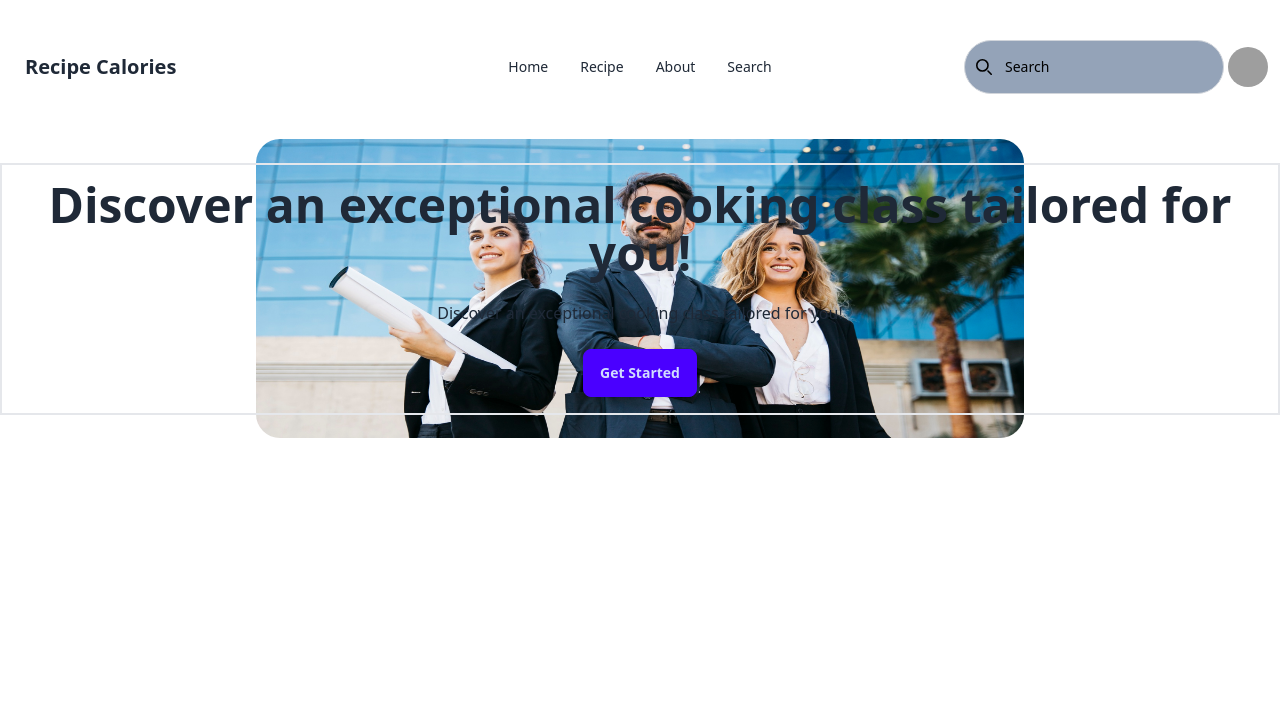
Repository: RudrasahaDibos/Chefs-table
Page: /
These files come from the project's save history. The page is drawn as it stood at one moment and after the next save; the edit follows.
The browser window is 1280 px wide. The pictures show the whole page.
Pictures or frames that could not be fetched are drawn as grey boxes. The project was rebuilt for these pictures with package versions that can differ from the ones it lists, and the page was loaded fresh each time. Also part of the build but not shown: vite.config.js, src/App.css.

Above is the page before, as saved 2024-12-19 09:50:02.

### src/App.jsx

import './App.css'
import Banner from './Component/Banner/Banner'
import Header from './Component/Header/Header'
import Recipes from './Component/Recipes/Recipes'

function App() {


  return (
    <div className='container mx-auto'>
        <Header></Header>
        <Banner></Banner>
        <Recipes></Recipes>

    </div>
  )
}

export default App

### src/Component/Banner/Banner.jsx
import img from '../Banner/Image/Rectangle 12.png'

const Banner = () => {
    return (
        <div className='max-w-7xl mx-auto '>
            <div className="hero ">
     <img src={img} alt="" className='h-4/5 w-3/5 rounded-3xl' />
  <div className="hero-content text-center border-2 w-full ">
    <div className="">
      <h1 className="text-5xl font-bold">Discover an exceptional cooking class tailored for you!</h1>
      <p className="py-6">
      Discover an exceptional cooking class tailored for you!
      </p>
      <button className="btn btn-primary">Get Started</button>
    </div>
  </div>
</div>
        </div>
    );
};

export default Banner;

### src/Component/Header/Header.jsx

const Header = () => {
    return (
        <div className="max-w-7xl mx-auto mt-8">
              <div className="navbar bg-base-100">
  <div className="navbar-start">
    <div className="dropdown">
      <div tabIndex="0" role="button" className="btn btn-ghost lg:hidden">
        <svg
          xmlns="http://www.w3.org/2000/svg"
          className="h-5 w-5"
          fill="none"
          viewBox="0 0 24 24"
          stroke="currentColor">
          <path
            strokeLinecap="round"
            strokeLinejoin="round"
            strokeWidth="2"
            d="M4 6h16M4 12h8m-8 6h16" />
        </svg>
      </div>
      <ul
        tabIndex="0"
        className="menu menu-sm dropdown-content bg-base-100 rounded-box z-[1] mt-3 w-52 p-2 shadow">
        <li><a>Home</a></li>
      <li><a>Recipe</a></li>
      <li><a>About</a></li>
      <li><a>Search</a></li>
      </ul>
    </div>
    <a className="btn btn-ghost text-xl font-bold">Recipe Calories</a>
  </div>
  <div className="navbar-center hidden lg:flex">
    <ul className="menu menu-horizontal px-1">
      <li><a>Home</a></li>
      <li><a>Recipe</a></li>
      <li><a>About</a></li>
      <li><a>Search</a></li>
    </ul>
  </div>
  <div className="navbar-end ">
  <div className="form-control ">


<form className="max-w-md mx-auto">
    <div className="relative">
        <div className="absolute inset-y-0 start-0 flex items-center ps-3 pointer-events-none">
            <svg className="w-4 h-4 text-black dark:text-gray-400" aria-hidden="true" xmlns="http://www.w3.org/2000/svg" fill="none" viewBox="0 0 20 20">
                <path stroke="currentColor" strokeLinecap="round" strokeLinejoin="round" strokeWidth="2" d="m19 19-4-4m0-7A7 7 0 1 1 1 8a7 7 0 0 1 14 0Z"/>
            </svg>
        </div>
        <input type="search" id="default-search" className="block w-full p-4 ps-10 text-sm text-black border border-gray-300  bg-slate-400 focus:ring-blue-500 rounded-full focus:border-blue-500 dark:bg-gray-700 dark:border-gray-600 placeholder-black dark:text-white dark:focus:ring-blue-500 dark:focus:border-blue-500" placeholder="Search " required />

    </div>
</form>


    </div>
    <div tabIndex="0" role="button" className="btn btn-ghost btn-circle avatar">
        <div className="w-10 rounded-full">
          <img
            alt="Tailwind CSS Navbar component"
            src="https://img.daisyui.com/images/stock/photo-1534528741775-53994a69daeb.webp" />
        </div>
      </div>
  </div>
</div>
        </div>
    );
};

export default Header;

### src/Component/Recipes/Recipes.jsx
import React from 'react';

const Recipes = () => {
    return (
        <div>

        </div>
    );
};

export default Recipes;

Loaded but not shown: index.html (common file); src/main.jsx (common file); src/index.css (common file); tailwind.config.js (common file)

After the next save:
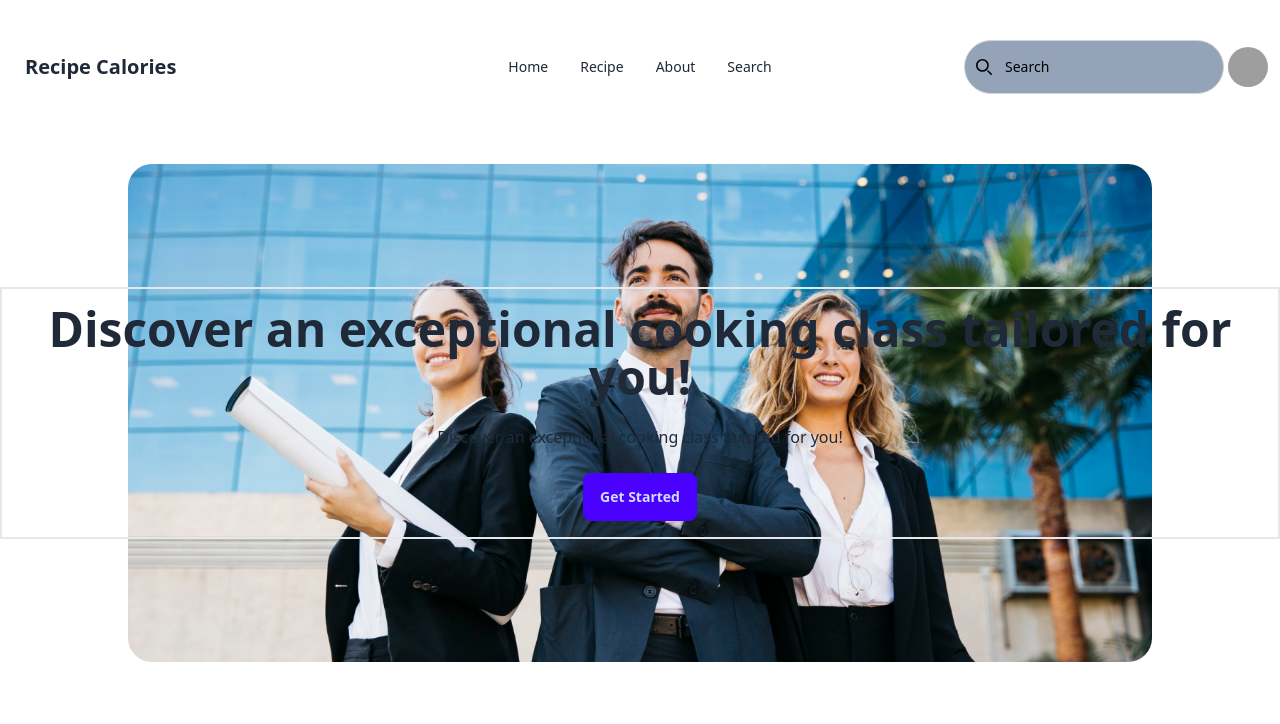
Saved 7 s later.
--- a/src/Component/Banner/Banner.jsx
+++ b/src/Component/Banner/Banner.jsx
@@ -4,7 +4,7 @@ const Banner = () => {
     return (
         <div className='max-w-7xl mx-auto '>
             <div className="hero ">
-     <img src={img} alt="" className='h-4/5 w-3/5 rounded-3xl' />
+     <img src={img} alt="" className='h-4/5 w- rounded-3xl' />
   <div className="hero-content text-center border-2 w-full ">
     <div className="">
       <h1 className="text-5xl font-bold">Discover an exceptional cooking class tailored for you!</h1>
